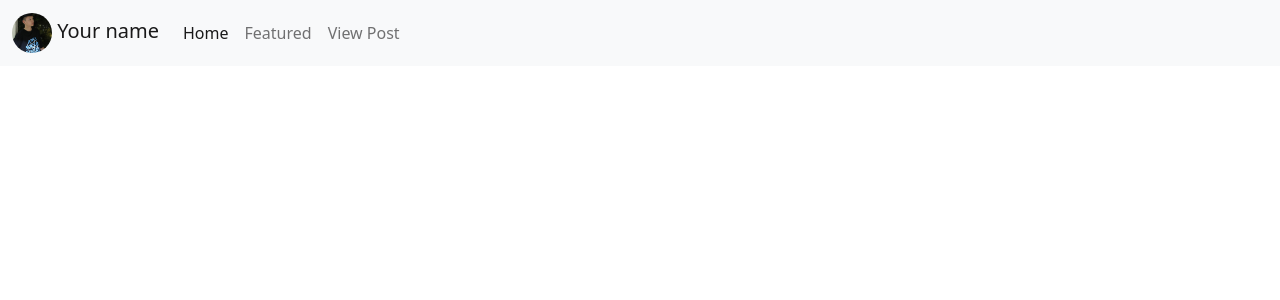
Repository: nvt01/72_1951061106_NgoVanTung
Page: BaiTh1/index.html
An editor plug-in stored every save of this project. The page is shown before and after the next save, followed by the edit.
The browser window is 1280 px wide. The pictures show the whole page.

Above is the page before, as saved 2021-11-30 21:48:43.

### BaiTh1/index.html
<!DOCTYPE html>
<html lang="en">
<head>
    <meta charset="UTF-8">
    <meta http-equiv="X-UA-Compatible" content="IE=edge">
    <meta name="viewport" content="width=device-width, initial-scale=1.0">
    <title>Blog</title>
    <link rel="stylesheet" href="style.css">
    <!-- CSS only -->
    <link href="https://cdn.jsdelivr.net/npm/bootstrap@5.1.3/dist/css/bootstrap.min.css" rel="stylesheet" integrity="sha384-1BmE4kWBq78iYhFldvKuhfTAU6auU8tT94WrHftjDbrCEXSU1oBoqyl2QvZ6jIW3" crossorigin="anonymous">
</head>
<body>
    <div class="menu">
        <nav class="navbar navbar-expand-lg navbar-light bg-light">
                <div class="container-fluid">
                    <button class="navbar-toggler" type="button" data-bs-toggle="collapse" data-bs-target="#navbarSupportedContent" aria-controls="navbarSupportedContent" aria-expanded="false" aria-label="Toggle navigation">
                        <span class="navbar-toggler-icon"></span>
                    </button>
                    <div class="collapse navbar-collapse" id="navbarSupportedContent">
                        <ul class="navbar-nav me-auto mb-2 mb-lg-0">
                            <li class="nav-item">
                                <a class="nav-link active" aria-current="page" href="#">Home</a>
                            </li>
                            <li class="nav-item">
                                <a class="nav-link" href="#">Featured</a>
                            </li>
                            <li class="nav-item">
                                <a class="nav-link" href="#">View Post</a>
                            </li>
                        </ul>
                    </div>
                    <a class="navbar-brand" href="#">
                        <img class="nav-img" src="./img/avatar.JPG" alt="">
                        Your name
                    </a>
                </div>
        </nav>
    </div>
</body>
</html>

### BaiTh1/style.css
* {
    margin: 0;
    padding: 0;
    box-sizing: border-box;
}
.nav-img {
    width: 40px;
    height: 40px;
    border-radius: 50%;
    object-fit: cover;
}

.container-fluid {
    flex-direction: row-reverse;
}

After the next save:
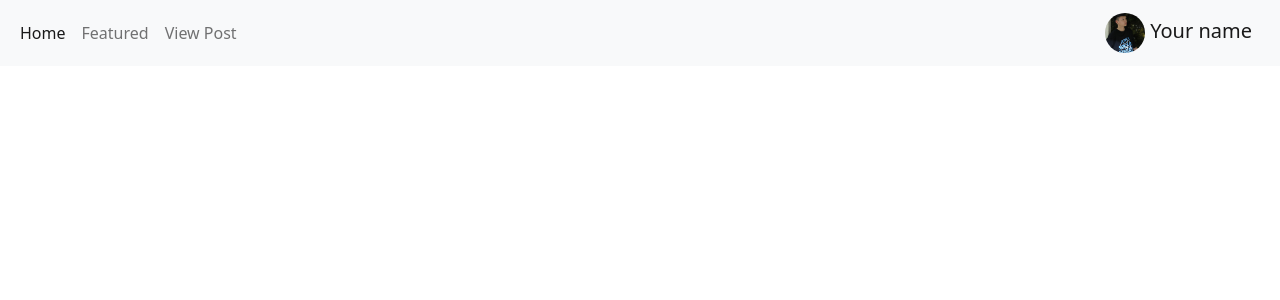
Saved 97 s later.
--- a/BaiTh1/style.css
+++ b/BaiTh1/style.css
@@ -10,6 +10,4 @@
     object-fit: cover;
 }
 
-.container-fluid {
-    flex-direction: row-reverse;
-}
+..navbar-collapse

After the 5 saves that followed:
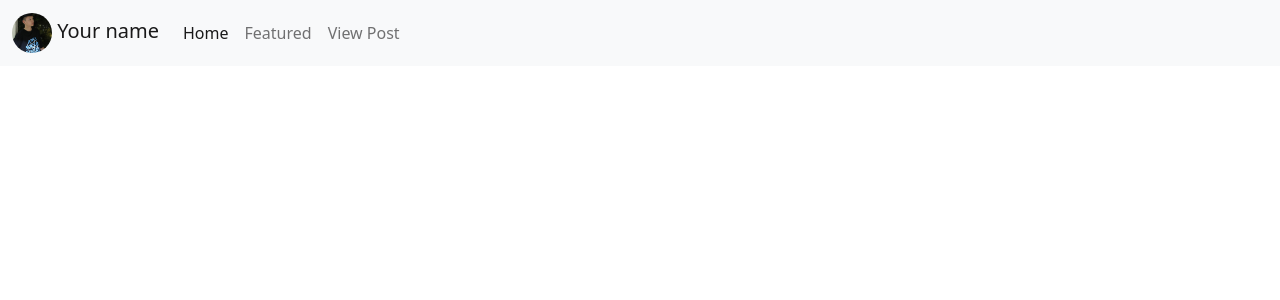
The 5 saves are shown as one change because 2 left the picture as it was and some came seconds apart.
The last was saved 28 s later.
--- a/BaiTh1/index.html
+++ b/BaiTh1/index.html
@@ -13,6 +13,10 @@
     <div class="menu">
         <nav class="navbar navbar-expand-lg navbar-light bg-light">
                 <div class="container-fluid">
+                    <a class="navbar-brand" href="#">
+                        <img class="nav-img" src="./img/avatar.JPG" alt="">
+                        Your name
+                    </a>
                     <button class="navbar-toggler" type="button" data-bs-toggle="collapse" data-bs-target="#navbarSupportedContent" aria-controls="navbarSupportedContent" aria-expanded="false" aria-label="Toggle navigation">
                         <span class="navbar-toggler-icon"></span>
                     </button>
@@ -29,10 +33,6 @@
                             </li>
                         </ul>
                     </div>
-                    <a class="navbar-brand" href="#">
-                        <img class="nav-img" src="./img/avatar.JPG" alt="">
-                        Your name
-                    </a>
                 </div>
         </nav>
     </div>
--- a/BaiTh1/style.css
+++ b/BaiTh1/style.css
@@ -10,4 +10,6 @@
     object-fit: cover;
 }
 
-..navbar-collapse
+.navbar-collapse {
+    flex-grow: 0;
+}
